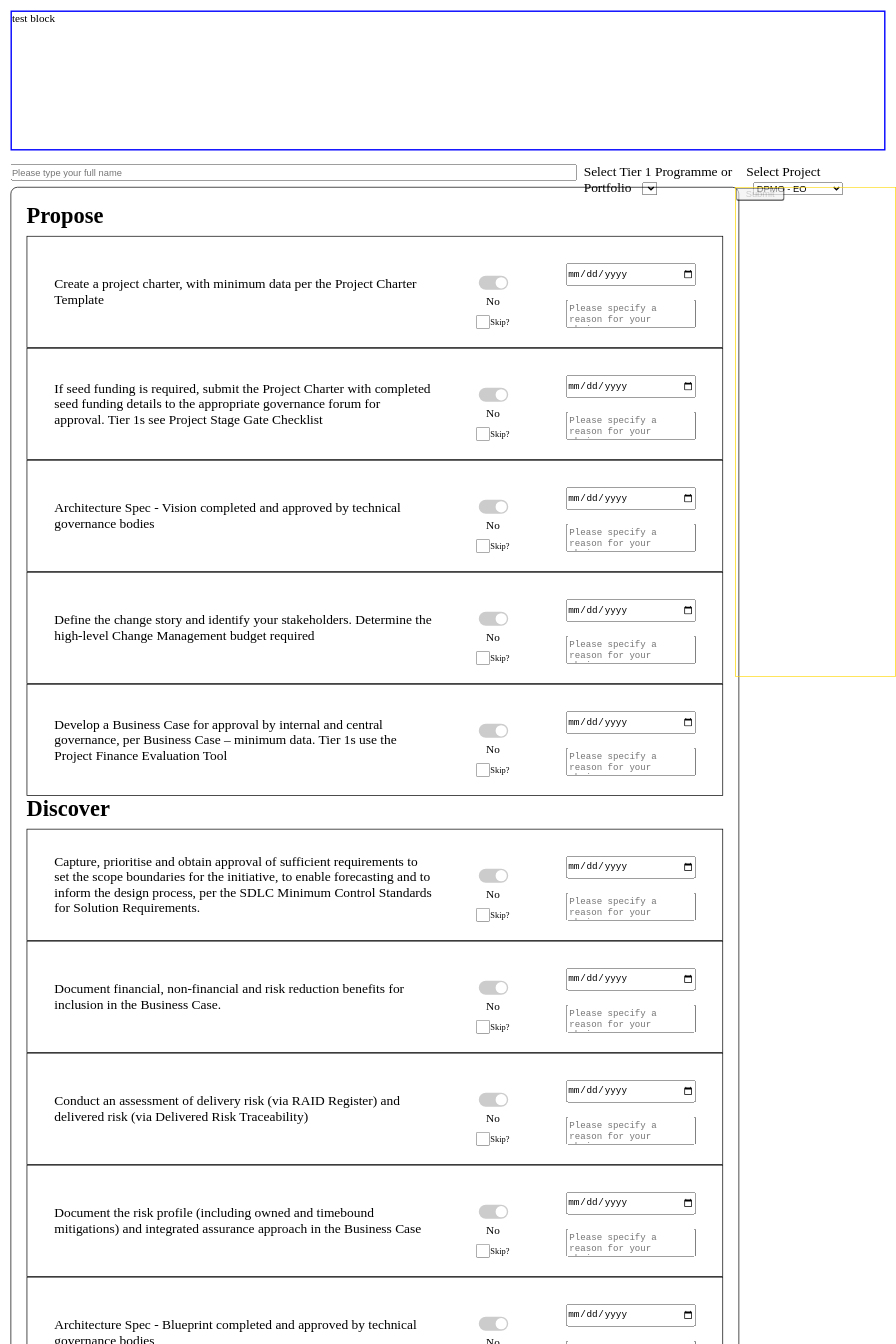
Repository: I-Alpha/JQuery-Html-form
Page: Project-form.html
An editor plug-in stored every save of this project. The page is shown before and after a run of saves, followed by the edit.
The browser window is 1280 px wide. The pictures show the part of the page from y = 0 to 1920 px (the page is 8699 px tall), at 70% of full size.

Above is the page before, as saved 2020-10-27 00:55:24.

### Project-form.html
<!DOCTYPE html>
<html lang="en">

<head>
    <meta charset="UTF-8">
    <meta name="viewport" content="width=device-width, initial-scale=1.0">
    <link rel="preload" type="fetch" id="Excelfile" name="Excelfile" value="QuestionData.xlsx" />
    <script src="https://ajax.googleapis.com/ajax/libs/jquery/3.5.1/jquery.min.js"></script>
    <script src="https://cdnjs.cloudflare.com/ajax/libs/xlsx/0.14.5/xlsx.full.min.js"></script>
    <script src="https://cdnjs.cloudflare.com/ajax/libs/babel-polyfill/6.26.0/polyfill.js"></script>
    <script src="https://cdnjs.cloudflare.com/ajax/libs/xlsx/0.8.0/jszip.js"></script>
    <script src="https://cdnjs.cloudflare.com/ajax/libs/xlsx/0.8.0/xlsx.js"></script>
    <script src="main.js"></script>
    <link rel="stylesheet" href="main.css" />
    </style>
    <title>Document</title>
</head>

<body style=" display:flex; flex-direction: column; padding: 15px">
    <div id="testblock" name="testblock" style="border:2px solid blue; width: 100%; min-height:200px">test block</div>


    <div id="mainwrapper" style="justify-content: center;">
        <div id="preBar" class="container">
            <div id="formControl" class="container">    <input type= "text" id= "fullname" class= "required" placeholder="Please type your full name"></input>
                <label for="selectPorfolio">Select Tier 1 Programme or Portfolio
                    <select name="selectPorfolio" id="selectPorfolio" style=" margin :0 0 0 10px; max-width:8rem;"
                        placeholder="Select Portfolio"></select></label>
                <label for="selectProject">Select Project
                    <select name="selectProject" id="selectProject" style=" margin :0 0 0 10px; max-width:8rem; "
                        placeholder="Select Portfolio"></select></label>
            </div>

        </div>
        <div id="formContainer" class="container">
            <div id="wrapper">
                <form id="form1">

                    <table class="hidden">
                        <tr>
                            <td colspan=4 class="questCol">
                                <label class="questionLabel" for="mainCheck"></label>
                            </td>
                            <td colspan=1 class="inputCol">
                                <span class="inputContainer">
                                    <span class="mainCheckContainer" style=" display:flex; flex-direction: column;">
                                        <label class="switch">
                                            <input class="mainCheck" type="checkbox" checked>
                                            <span class="slider  round"></span>
                                        </label>
                                        <p for="mainCheck" class="mainChoice" data-val="Yes">No</p>
                                    </span>
                                    <span class="skipContainer" style="left : 6px; display:flex; ">
                                        <input class="skipCheck" type="checkbox">
                                        <p class="skipChoice">Skip?</p>
                                    </span>

                                </span>
                            </td>
                            <td colspan=2 class="altCol">
                                <input type="date" min="getDate()">
                                <textarea type="text"
                                    placeholder="Please specify a reason for your choice...."></textarea>
                            </td>
                        </tr>
                    </table>

                </form>
            </div><div></div>
            <div id= "progressBar"  style ="border : 1px solid gold ; width :230px; right: 0;  position: fixed; height: 700px">
            <button style="order:1; margin:0;" class = "disabled"id="submitbtn" type="submit" form="form1" value="Submit">Submit</button>
        </div>
        </div>

    </div>

</body>

</html>

### main.css

    * {
        box-sizing: border-box;
        margin: 0;
        padding: 0;
        color: black;

    }

    html {
        width: 100%;
        height: 100%;

    }


    label{
        font-size:.9rem;
       }

    body {
        width: 100%;
        height: 100%;
        display: flex;
        position: relative;
        flex-direction: column;
    }

    .hidden{
    display:none;
    visibility: none;
    opacity: 0;
   position:absolute;
    }
    .center {

        text-align: center;
    }

    .container {
        display: flex;
        position: relative;
    }


    h1 {
        margin-bottom: 10px;
    }

    #wrapper {
        border: solid 1px black;
        border-radius: 10px;
        padding: 20px;
        margin-bottom: 10px;

    }

    #mainwrapper{
        max-width: 98%;
    }
    p {
        color: black;
        font-size: 1rem;
        height: auto;
        width: auto;
    }

 .disabled{
     opacity: 60%;
     color:darkgray;
     pointer-events: none;
 }
  form{
      width:100%;
      height : auto;
  }

    .skipContainer {
        position: relative;
        align-items: center;
        left: 0;
        display: flex;
        margin-top: 10px;
    }

    .skipCheck {
        width: 20px;
        height: 20px;

    }

    .skipChoice {font-size: 12px;}


    .skipChoice,
    .skipCheck {
        position: relative;
        left: -10px;
    }

    /* slider */
    .switch {
        position: relative;
        display: inline-block;
        width: 42px;
        height: 20px;
    }

    .switch input {
        opacity: 0;
        width: 0;
        height: 0;
    }

    .slider {
        position: absolute;
        cursor: pointer;
        top: 0;
        left: 0;
        right: 0;
        bottom: 0;
        background-color: #ccc;
        -webkit-transition: .4s;
        transition: .4s;
    }

    .slider:before {
        position: absolute;
        content: "";
        height: 16px;
        width: 16px;
        right:2px;
        bottom: 2px;
        background-color: white;
        -webkit-transition: .4s;
        transition: .4s;
    }

    .mainCheck:checked+.slider {
        background-color: #2196F3;
    }

    .mainCheck:focus+.slider {
        box-shadow: 0 0 1px #2196F3;
    }

    .mainCheck:checked+.slider:before {
        -webkit-transform: translateX(-23px);
        -ms-transform: translateX(-23px);
        transform: translateX(-23px);
    }

    /* Rounded sliders */
    .slider.round {
        border-radius: 34px;
    }

    .slider.round:before {
        border-radius: 50%;
    }

    /*end of slider section*/

    button {
        margin: 10px;
        width: 70px;
        border-radius: 4px;
    }

    td {
         display: flex;
         flex-direction: column;
    }
    td > *{
         padding : 5px 0;
    }


    tr{
        height:10rem;   border: 1px solid black;
        border-collapse: collapse;
}

tr::after{
    border: 1px solid green;
    height:1px;
    content: :" ";
    width: 100%;
    position: relative;
    display: block;
}

td.inputContainer {
    display: inline-block;
    height:100%;
}

td.inputCol{
    display:flex;
    position: relative;
    text-align: center;
    align-items:center;
    min-height:100%;

}

  .questCol textarea{

   padding:  2px  3px;
   display: block;
   position: relative;
   min-width: 95%;
}



/* iPads (portrait and landscape) ----------- */
@media only screen
and (min-device-width : 768px)
and (max-device-width : 1024px) {
/* Styles */
}

/* iPads (landscape) ----------- */
@media only screen
and (min-device-width : 768px)
and (max-device-width : 1024px)
and (orientation : landscape) {
/* Styles */
}

/* iPads (portrait) ----------- */
@media only screen
and (min-device-width : 768px)
and (max-device-width : 1024px)
and (orientation : portrait) {
/* Styles */
}

/* Desktops and laptops ----------- */
@media only screen
and (min-width : 1224px) {
/* Styles */

 label {
     font-size: 1.2rem;
 }

#wrapper{
     min-width: 85%;
     height:auto;
    }

    .inputContainer{

        position: relative;
        top:15px;
     }

    td.inputCol{
        position: absolute;
        vertical-align: middle;


    }

    td {
        position: relative;
        justify-content: center;
        padding:10px 15px;}

    .questCol{
        position: relative;
        padding-right: 5px;
        max-width:35rem;
    }

    td.altCol{
        position: relative;
        height: 100%;
    }
     textarea{
        resize: none;
        display: block;
        font-size: 13px;
        text-align: start;
        align-content: flex-start;
         width:100%;
         top:10px;
         position: relative;
         margin-top:10px;
         padding: 4px 4px;
         align-items: flex-start;
    }

     td.altCol input {
         width:100%;
     }

    tr{
        display: flex;
        flex-direction: row;
        border: 1px solid black;
        border-collapse: collapse;
        justify-content: space-around;

    }


  #preBar{
   display: grid;
    flex-direction: row;
   grid-template-columns: ;

   margin : 10px 0;
  }


  #preBar div{
 display: flex;
 height:2rem;

  }

  #radioBtnBox label{
    margin: 0 20px;
  }

  #radioBtnBox label input{
    margin: 0 10px;
  }
  #radioBtnBox{
    margin-left:90px;
    border:1px solid black;
    padding: 10px 0;
}

#formControl select{

    margin: 0px 10px 0  0;
}
#formControl label{
   margin:10px;
    align-items:center;

}

 #fullname{
     position: relative;
     max-height:1.5rem;
     bottom:-9.2px;
     width: 100%;

    }

#form1 {


    position: relative;
display: flex;
flex-direction: column;
}

table{
    width:100%;
}


.mainChoice {
    display: flex;
    margin-top: 8px;
    left:10px;
    position: relative;
}

#formContainer{


}

td.inputContainer {
    display: inline-block;
    height:100%;
}

td.inputCol{
    display:flex;
    position: relative;
    vertical-align: middle;
    text-align: center;
    align-items:center;
    min-height:100%;

}
}

/* Large screens ----------- */
@media only screen
and (min-width : 1824px) {
/* Styles */
}

/* iPhone 4 ----------- */
@media
only screen and (-webkit-min-device-pixel-ratio : 1.5),
only screen and (min-device-pixel-ratio : 1.5) {
/* Styles */
}

Loaded but not shown: main.js (514 lines, source omitted)

After the next 2 saves:
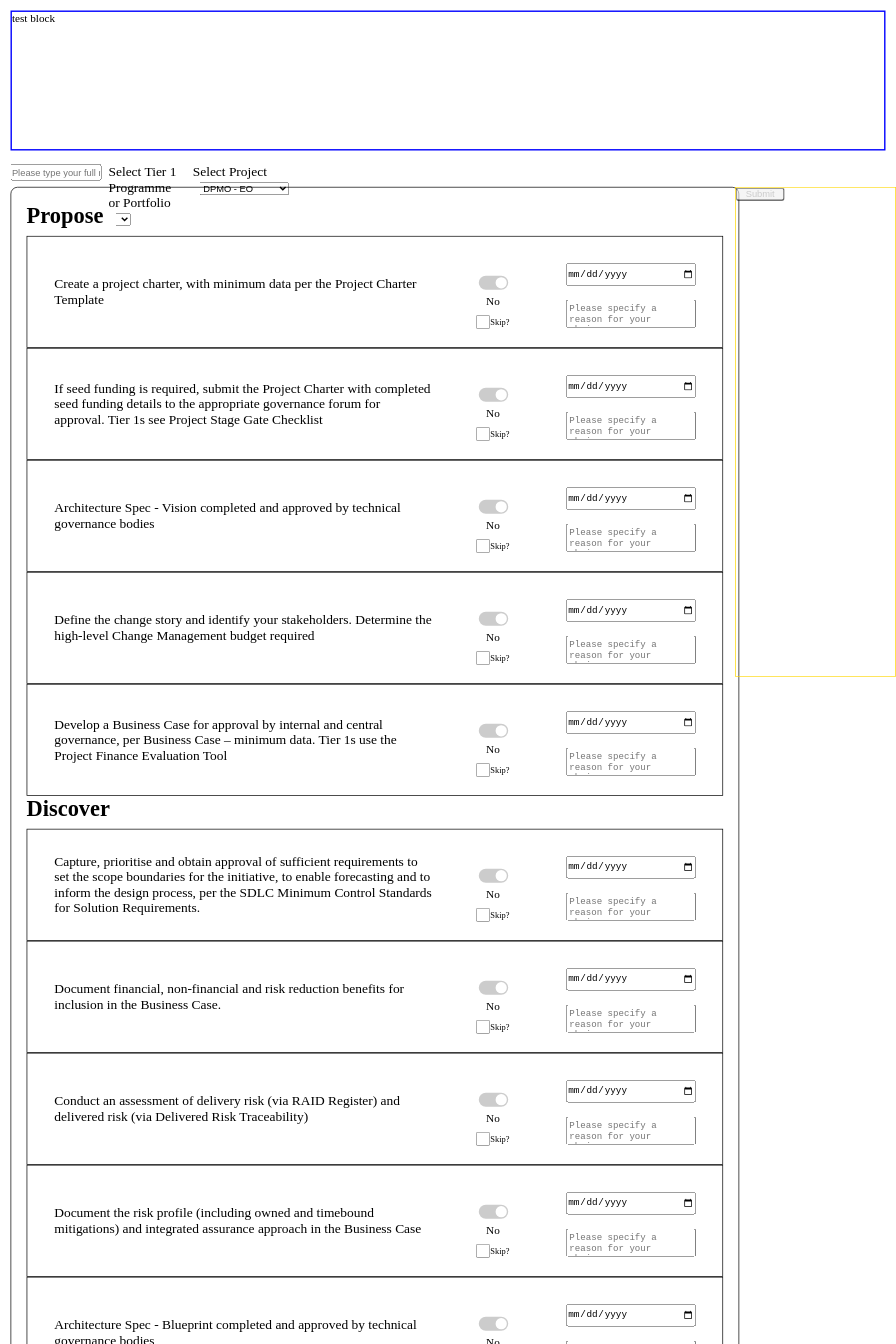
The 2 saves are shown as one change because they came seconds apart.
The last was saved 13 s later.
--- a/main.css
+++ b/main.css
@@ -310,7 +310,7 @@ and (min-width : 1224px) {
   #preBar{
    display: grid;
     flex-direction: row;
-   grid-template-columns: ;
+   grid-template-columns: 1fr 1fr 1fr;
 
    margin : 10px 0;
   }
